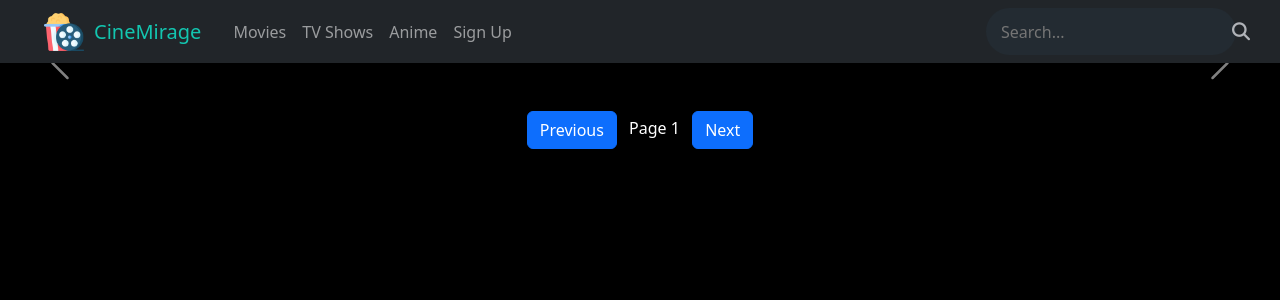
Repository: Malik1307/DEPI-Movie-Site-Demo-
Page: screens/index.html
An editor plug-in stored every save of this project. The page is shown before and after a run of saves, followed by the edit.
The browser window is 1280 px wide. The pictures show the whole page.
The page's requests for data from a server got no answer.

Above is the page before, as saved 2025-02-28 11:48:40.
Console error: SyntaxError: Identifier 'API_KEY' has already been declared

### screens/index.html
<!DOCTYPE html>
<html lang="en">
  <head>
    <meta charset="UTF-8" />
    <meta name="viewport" content="width=device-width, initial-scale=1.0" />
    <title>🍿 CineMirage</title>
    <link
      href="https://cdn.jsdelivr.net/npm/bootstrap@5.3.0/dist/css/bootstrap.min.css"
      rel="stylesheet"
    />
    <!-- <script
      src="https://kit.fontawesome.com/YOUR-FONT-AWESOME-CODE.js"
      crossorigin="anonymous"
    ></script> -->
    <link
      rel="stylesheet"
      href="https://cdnjs.cloudflare.com/ajax/libs/font-awesome/6.5.1/css/all.min.css"
    />

    <link rel="stylesheet" href="../css/responsive.css" />
    <link rel="stylesheet" href="../css/styles.css" />
    <link rel="stylesheet" href="../css/home.css" />
  </head>
  <body>
    <nav class="navbar navbar-expand-lg navbar-dark bg-dark">
      <div class="container">
        <a href="index.html">
          <div class="logo">
            <img
              src="../assets/images/movie-logo.png"
              class="logo_icon"
              alt=""
            />
            <h1 class="navbar-brand">CineMirage</h1>
          </div>
        </a>
        <button
          class="navbar-toggler"
          type="button"
          data-bs-toggle="collapse"
          data-bs-target="#navbarNav"
        >
          <span class="navbar-toggler-icon"></span>
        </button>
        <div class="collapse navbar-collapse me-auto ms-4" id="navbarNav">
          <ul class="navbar-nav me-auto">
            <li class="nav-item">
              <a class="nav-link" href="./browse-category.html?category=movie"
                >Movies</a
              >
            </li>
            <li class="nav-item">
              <a class="nav-link" href="./browse-category.html?category=tv"
                >TV Shows</a
              >
            </li>
            <li class="nav-item">
              <a class="nav-link" href="./browse-category.html?category=anime"
                >Anime</a
              >
            </li>
            <li class="nav-item">
              <a
                class="nav-link"
                id="sign-up"
                href="./register.html"
                >Sign Up</a
              >
            </li>  <li class="nav-item">
              <a
                class="nav-link"
                id="log-out"
                href="./index.html"
                >Logout </a
              >
            </li>
          </ul>
          <form
            id="search-form"
            class="search-form"
            action="search-results.html"
            method="get"
          >
            <div class="search-box">
              <input
                type="text"
                id="search-input"
                name="query"
                class="search-input"
                placeholder="Search..."
              />
              <button type="submit" class="search-button">
                <i class="fas fa-search"></i>
              </button>
            </div>
          </form>
        </div>
      </div>
    </nav>

    <div
      id="carouselExampleFade"
      class="carousel slide carousel-fade container"
      data-bs-ride="carousel"
    >
      <div class="carousel-indicators"></div>
      <div class="carousel-inner"></div>
      <button
        class="carousel-control-prev"
        type="button"
        data-bs-target="#carouselExampleFade"
        data-bs-slide="prev"
      >
        <span class="carousel-control-prev-icon ms-2" aria-hidden="true"></span>
        <span class="visually-hidden">Previous</span>
      </button>
      <button
        class="carousel-control-next"
        type="button"
        data-bs-target="#carouselExampleFade"
        data-bs-slide="next"
      >
        <span class="carousel-control-next-icon me-2" aria-hidden="true"></span>
        <span class="visually-hidden">Next</span>
      </button>
    </div>

    <!-- Movie Cards -->
    <div class="container py-3">
      <div class="row movies-grid g-1"></div>
    </div>
    <!-- ------------------- -->
    <div class="pagination-buttons text-center my-3 container">
      <button id="prevPage" class="btn btn-primary">Previous</button>
      <span class="mx-2" id="pageNumber" style="color: white">Page 1</span>
      <button id="nextPage" class="btn btn-primary">Next</button>
    </div>

    <script src="https://cdn.jsdelivr.net/npm/bootstrap@5.3.0/dist/js/bootstrap.bundle.min.js"></script>
    <script type="" src="../js/main.js"></script>
    <script src="../js/search.js"></script>
  </body>
</html>

### css/responsive.css

@media (max-width: 768px) {
  .movie-title {
    font-size: 2rem;
  }

  .movie-poster {
    width: 100%;
  }

  .cast-grid {
    grid-template-columns: repeat(2, 1fr);
  }
}
@media (max-width: 992px) {
}
@media (min-width: 300px) {
  .container {
    width: 95%;
  }
}
/* small */
@media (min-width: 576px) {
  .container {
    width: 95%;
  }
}

@media (min-width: 768px) {
  .container {
    width: 95%;
  }
}


@media (max-width:991px)  {
  .movie_container{
padding: 0 5px;

  }
}
@media (min-width: 992px) {
  .container {
    width: 95%;
  }
  .movies_grid{


    gap: 10px;

  }



}
@media (min-width: 1200px) {
  .container {
    max-width:  95%;
  }
}
@media (max-width: 768px) {
  .actorProfile {
    flex-direction: column-reverse;
  }

  .actorFilms, .aboutActor {
    width: 100%;
  }

  .aboutActor {
    margin-bottom: 30px;
    display: flex;
    align-items: center;
  }

  .aboutActor img {
    width: 150px;
    height: auto;
    margin-right: 20px;
  }
}

### css/styles.css
:root {
  --main-color: #13c6b0;
  --primary-color: #141414;
  --secondary-color: #1f1f1f;
  --text-color: #ffffff;
  --accent-color: #4caf50;
  --rating-color: #ffc107;
}

* {
  margin: 0;
  padding: 0;
  box-sizing: border-box;
}

a {
  padding: 0;
  text-decoration: none;
}

body {
  background-color: black;
}

.navbar {
  position: sticky;
  top: 0;
  z-index: 99;
}

.search-form {
  display: flex;
  justify-content: center;
  align-items: center;
}

.search-box {
  display: flex;
  align-items: center;
  background: #232b32;
  border-radius: 25px;
  padding: 10px 15px;
  width: 250px;
}

.search-input {
  border: none;
  background: transparent;
  outline: none;
  color: #fff;
  flex: 1;
}

.search-button {
  background: none;
  border: none;
  color: #b0b3b8;
  cursor: pointer;
  font-size: 18px;
}

.search-button:hover {
  color: #fff;
}

.logo {
  display: flex;
  justify-content: center;
}

.logo .logo_icon {
  margin-right: 10px;
  width: 40px;
  height: 40px;
}

.logo h1 {
  color: var(--main-color);
  margin: auto 0;
}

.movie-container {
  margin-bottom: 20px;
  position: relative;
}

.movie-card {
  width: 100%;
  position: relative;
  border-radius: 10px;
  overflow: hidden;
  transition: transform 0.3s ease-in-out;
}

.movie-card:hover {
  transform: scale(1.05);
}

.movie-card img {
  width: 100%;
  border-radius: 10px;
}

.top-badge {
  position: absolute;
  top: 8px;
  right: 8px;
  background-color: var(--main-color);
  color: white;
  font-size: 12px;
  font-weight: bold;
  padding: 4px 8px;
  border-radius: 5px;
}

.movie-card + .movie-title {
  margin: 0 0 20px 0;
  text-align: center;
  font-size: 18px;
  font-weight: bold;
  color: gray;
  transition: margin 0.3s ease-in-out;
}

.movie-card:hover + .movie-title {
  color: white;
  margin-top: 15px;
  margin-bottom: 5px;
}

.image-container {
  position: relative;
  display: inline-block;
  width: 100%;
  border-radius: 8px;
}

.image-container img {
  width: 100%;
  display: block;
  border-radius: 8px;
}

.image-container .overlay {
  position: absolute;
  bottom: 0;
  left: 0;
  width: 100%;
  height: 40px;
  background: linear-gradient(to top, rgba(0, 0, 0, 0.7), transparent);
  border-radius: 8px;
}

.rating {
  position: absolute;
  bottom: 10px;
  left: 10px;
  font-size: 12px;
  font-weight: bold;
  z-index: 2;
  color: whitesmoke;
}

.rating i {
  font-size: 8px;
  color: whitesmoke;
}

.movie-card-link {
  position: relative;
  display: block;
  text-decoration: none;
}

.movie-detail {
  position: absolute;
  top: 0;
  left: 0;
  width: 100%;
  background-color: rgba(15, 15, 15, 0.95);
  border-radius: 8px;
  box-shadow: 0 4px 12px rgba(0, 0, 0, 0.5);
  z-index: 10;
  opacity: 0;
  visibility: hidden;
  transition: opacity 0.3s ease;
}

.movie-card-link:hover .movie-detail,
.movie-container:hover .movie-detail {
  opacity: 1;
  visibility: visible;
}

.detail-backdrop {
  position: relative;
  height: 150px;
  border-top-left-radius: 8px;
  border-top-right-radius: 8px;
  overflow: hidden;
}

.detail-backdrop img {
  width: 100%;
  height: 100%;
  object-fit: cover;
  object-position: center 25%;
  transition: 0.3s ease-in-out;
}

.detail-title {
  position: absolute;
  bottom: 0;
  left: 0;
  right: 0;
  padding: 10px;
  background: linear-gradient(transparent, rgba(0, 0, 0, 0.8));
  color: white;
  font-weight: bold;
  font-size: 14px;
}

.detail-info {
  padding: 10px;
}

.detail-meta {
  display: flex;
  justify-content: space-between;
  margin-bottom: 8px;
}

.detail-rating {
  color: var(--rating-color);
  font-weight: bold;
}

.detail-year-time {
  color: #aaa;
  font-size: 12px;
}

.detail-tags {
  display: flex;
  flex-wrap: wrap;
  gap: 5px;
  margin-bottom: 8px;
}

.tag {
  background-color: #333;
  padding: 2px 8px;
  border-radius: 4px;
  font-size: 11px;
  color: #fff;
}

.detail-description {
  font-size: 12px;
  color: #ddd;
  margin-bottom: 8px;
  display: -webkit-box;
  -webkit-line-clamp: 3;
  -webkit-box-orient: vertical;
  overflow: hidden;
}

### css/home.css
/* carousel  */
:root {
  --main-color: #13c6b0;
}
body {
  background-color: black;
}
.logo {
  display: flex;
  justify-content: center;
}
.logo .logo_icon {
  margin-right: 10px;
  width: 40px;
  height: 40px;
}
.logo h1 {
  color: var(--main-color);
  margin: auto 0;
}
.carousel {
  position: relative;
}

.carousel-item {
  position: relative;
  /* margin-top: 50px; */
  height: 600px; /* Adjust height as needed */
}

.carousel-item img {

  object-fit: cover;
  height: 100%;
  width: 100%;
  filter: brightness(60%); /* Dark overlay effect */
}

.carousel-indicators{
   position: absolute;
   left: 1000px;

}

.carousel-caption {
  text-align: left;
  left: 50px;
  right: auto;
  bottom: 28%;
  width: 40%;
  padding-left: 20px; /* Add some spacing */
}
.carousel-caption .info{
  display: flex;
  justify-content: space-between;
  width: 27%;
}

.infocap{
  border-right: 2px solid rgba(204, 204, 204, 0.5); /* 50% opacity */
    padding-right: 8px;
    height: 20px; /* Adjust height */
    line-height: 20px; /* Align with text */
    font-weight: bold;
    margin: 0 4px;
}

.genres{
  display: flex;
  width: 50%;
}

.gcontent {
  margin-right: 10px;
  margin-top: 20px;
  font-size: 15px;
  font-weight: bold;
  color: white; /* Change text color for visibility */
  width: auto;
  justify-content: center;
  text-align: center;
}

/* Custom Text Styling */
.carousel-caption h1 {
  font-size: 2.5rem;
  font-weight: bold;
  text-transform: uppercase;
}

.carousel-caption p {
  font-size: 1.2rem;
  margin-top: 10px;
  font-weight: bold;
}
.buttons{
  display: flex;
  margin-top: 15px;
  justify-content: space-between;
  width: 25%;
}
.playbutton{

  font-size: 50px;
  background-color: white;
  border-radius: 150%;
   height: 47px;
  cursor: pointer;
  transition: transform 0.3s ease, background-color 0.3s ease; /* Transition properties */
}
 .playbutton:hover{
  transform: scale(1.1); /* Scale the button on hover */
  opacity: 0.9;
 }

 .watchlater{

  font-size: 50px;
   height: 53px;
  cursor: pointer;
  transition: transform 0.3s ease, background-color 0.3s ease; /* Transition properties */
 }
 .watchlater:hover{
  transform: scale(1.1); /* Scale the button on hover */
  opacity: 0.9;
 }
/* Move previous button closer to the left edge */
.carousel-control-prev {
  left: 0 !important; /* Align to the left edge */
}

/* Move next button closer to the right edge */
.carousel-control-next {
  right: 0 !important; /* Align to the right edge */
}

/* Make sure icons are positioned correctly */
.carousel-control-prev-icon,
.carousel-control-next-icon {
  width: 40px !important; /* Adjust the button size */
  height: 40px !important;
  background-size: contain !important; /* Ensure the icon doesn't stretch */
  background-repeat: no-repeat !important;
  pointer-events: auto; /* Enable clicking only on the icon */

}
.carousel-control-prev,
.carousel-control-next {
  width: auto !important; /* Remove unnecessary width */
  height: auto !important; /* Remove unnecessary height */
  pointer-events: none; /* Disable clicking on full area */
}
.infocap, .rate-icon , .playbutton{

}
/* ---------------------- */
.movie-container {
}
.movie-card {
  width: 100%;
  position: relative;
  border-radius: 10px;
  overflow: hidden;
  transition: transform 0.3s ease-in-out;
}

.movie-card:hover {
  transform: scale(1.05);


}

.movie-card img {
  width: 100%;
  border-radius: 10px;
}

.top-badge {
  position: absolute;
  top: 8px;
  right: 8px;
  background-color: var(--main-color);
  color: white;
  font-size: 12px;
  font-weight: bold;
  padding: 4px 8px;
  border-radius: 5px;
}

.movie-title {
  margin: 0 0 20px 0;
  text-align: center;
  font-size: 18px;
  font-weight: bold;
  color: gray;
}
.movie-card:hover + .movie-title {
  color: white;
  margin-top: 15px ;
  margin-bottom: 5px;
  transition: margin 0.3s ease-in-out;

}


.image-container {
  position: relative;
  display: inline-block;
  width: 100%;
  border-radius: 8px;
}

.image-container img {
  width: 100%;
  display: block;
  border-radius: 8px;
}

/* الظل المتدرج على الصورة */
.image-container .overlay {
  position: absolute;
  bottom: 0;
  left: 0;
  width: 100%;
  height: 40px; /* التحكم في ارتفاع الظل */
  background: linear-gradient(to top, rgba(0, 0, 0, 0.7), transparent);
  border-radius: 8px;
}

.rating {
  position: absolute;
  bottom: 10px;
  left: 10px;
  font-size: 12px;
  font-weight: bold;
  z-index: 2;
  color: whitesmoke;
}

.rating i {
  font-size: 8px;
  color: whitesmoke;
}

### js/search.js
const API_KEY = "4464a9cd6c3e0ee26ee5e6a893515421";
const BASE_URL = "https://api.themoviedb.org/3";
const IMAGE_URL = "https://image.tmdb.org/t/p/w440_and_h660_face";

// DOM elements
const searchForm = document.getElementById('search-form');
const searchInput = document.getElementById('search-input');

// Check if we're on the search results page
const isSearchResultsPage = window.location.pathname.includes('search-results.html');

// Only initialize these elements if on the search results page
let searchQueryDisplay, loadingIndicator;
let moviesSection, showsSection, peopleSection;
let moviesResults, showsResults, peopleResults;

if (isSearchResultsPage) {
  searchQueryDisplay = document.getElementById('search-query-display');
  loadingIndicator = document.getElementById('loading-indicator');

  // Section containers
  moviesSection = document.getElementById('movies-section');
  showsSection = document.getElementById('shows-section');
  peopleSection = document.getElementById('people-section');

  // Results containers
  moviesResults = document.getElementById('movies-results');
  showsResults = document.getElementById('shows-results');
  peopleResults = document.getElementById('people-results');
}

// Check for search query parameter on page load
window.addEventListener('DOMContentLoaded', () => {
  console.log("DOM fully loaded");

  // Only process search parameters if on the search page
  if (isSearchResultsPage) {
    console.log("On search results page");
    const urlParams = new URLSearchParams(window.location.search);
    const query = urlParams.get('query');

    if (query) {
      console.log("Query found:", query);
      searchInput.value = query;
      searchQueryDisplay.textContent = `Search "${query}"`;
      performSearch(query);
    }
  }

  // Always attach search form event listener if the form exists
  if (searchForm) {
    console.log("Search form found, attaching event listener");

    searchForm.addEventListener('submit', function(e) {
      e.preventDefault();
      console.log("Search form submitted");

      const searchQuery = searchInput.value.trim();

      if (searchQuery.length > 0) {
        console.log("Search query:", searchQuery);

        // Simplified path handling
        const searchResultsUrl = `/pages/search-results.html?query=${encodeURIComponent(searchQuery)}`;

        console.log("Redirecting to:", searchResultsUrl);

        // Use window.location.href for navigation
        window.location.href = searchResultsUrl;
      }
    });
  } else {
    console.error("Search form not found on page!");
  }
});

// Perform TMDB API multi-search
function performSearch(query) {
  // Only run on search results page
  if (!isSearchResultsPage) return;

  console.log("Performing search for:", query);

  // Show loading indicator
  loadingIndicator.style.display = 'block';

  // Hide previous results
  moviesSection.style.display = 'none';
  showsSection.style.display = 'none';
  peopleSection.style.display = 'none';

  // Clear previous results
  moviesResults.innerHTML = '';
  showsResults.innerHTML = '';
  peopleResults.innerHTML = '';

  // API request
  fetch(`${BASE_URL}/search/multi?api_key=${API_KEY}&query=${encodeURIComponent(query)}&include_adult=false`)
    .then(response => {
      if (!response.ok) {
        throw new Error(`Network response error: ${response.status}`);
      }
      return response.json();
    })
    .then(data => {
      console.log("Search results received:", data.results.length);
      // Process and display results
      displaySearchResults(data.results);
    })
    .catch(error => {
      console.error('Error fetching search results:', error);

      // Display error message
      moviesResults.innerHTML = '<div class="no-results">Error fetching results. Please try again later.</div>';
      moviesSection.style.display = 'block';
    })
    .finally(() => {
      // Hide loading indicator
      loadingIndicator.style.display = 'none';
    });
}

// Display search results categorized by type
function displaySearchResults(results) {
  // Filter results by media type
  const movies = results.filter(item => item.media_type === 'movie');
  const shows = results.filter(item => item.media_type === 'tv');
  const people = results.filter(item => item.media_type === 'person');

  console.log(`Found: ${movies.length} movies, ${shows.length} shows, ${people.length} people`);

  // Display movies if any
  if (movies.length > 0) {
    movies.forEach(movie => {
      moviesResults.appendChild(createMovieOrShowItem(movie, 'movie'));
    });
    moviesSection.style.display = 'block';
  }

  // Display TV shows if any
  if (shows.length > 0) {
    shows.forEach(show => {
      showsResults.appendChild(createMovieOrShowItem(show, 'tv'));
    });
    showsSection.style.display = 'block';
  }

  // Display people if any
  if (people.length > 0) {
    people.forEach(person => {
      peopleResults.appendChild(createPersonItem(person));
    });
    peopleSection.style.display = 'block';
  }

  // Display "no results" message if nothing was found
  if (movies.length === 0 && shows.length === 0 && people.length === 0) {
    moviesResults.innerHTML = '<div class="no-results">No results found. Try a different search term.</div>';
    moviesSection.style.display = 'block';
  }
}

// Create HTML for movie or TV show result
function createMovieOrShowItem(item, type) {
  const resultItem = document.createElement('div');
  resultItem.className = 'result-item';

  const imageUrl = item.poster_path
    ? `${IMAGE_URL}${item.poster_path}`
    : '/assets/images/no-poster.png'; // Updated to absolute path

  const year = type === 'movie'
    ? (item.release_date ? item.release_date.substring(0, 4) : 'N/A')
    : (item.first_air_date ? item.first_air_date.substring(0, 4) : 'N/A');

  resultItem.innerHTML = `
    <div class="search-image-container">
      <img src="${imageUrl}" alt="${item.title || item.name}" class="result-image" onerror="this.src='/assets/images/no-poster.png'">
    </div>
    <div class="result-details">
      <h4>${item.title || item.name}</h4>
      <p>${type === 'movie' ? 'Movie' : 'TV Show'} • ${year}</p>
      <p>${item.overview ? item.overview.substring(0, 100) + '...' : 'No description available'}</p>
    </div>
  `;

  // Make item clickable
  resultItem.style.cursor = 'pointer';
  resultItem.addEventListener('click', () => {
    window.location.href = `/pages/${type}-details.html?id=${item.id}`; // Updated to absolute path
  });

  return resultItem;
}

// Create HTML for person result
function createPersonItem(person) {
  const resultItem = document.createElement('div');
  resultItem.className = 'result-item';

  const imageUrl = person.profile_path
    ? `${IMAGE_URL}${person.profile_path}`
    : '/assets/images/no-profile.png'; // Updated to absolute path

  resultItem.innerHTML = `
    <div class="search-image-container">
      <img src="${imageUrl}" alt="${person.name}" class="people-image" onerror="this.src='/assets/images/no-profile.png'">
    </div>
    <div class="result-details">
      <h4>${person.name}</h4>
      <p>Known for: ${person.known_for_department || 'Acting'}</p>
      <p>
        ${person.known_for ?
          person.known_for.map(item => item.title || item.name).slice(0, 2).join(', ') :
          'No known works'}
      </p>
    </div>
  `;

  // Make item clickable
  resultItem.style.cursor = 'pointer';
  resultItem.addEventListener('click', () => {
    window.location.href = `/pages/person-details.html?id=${person.id}`; // Updated to absolute path
  });

  return resultItem;
}

Loaded but not shown: js/main.js (291 lines, source omitted)

After the next 4 saves:
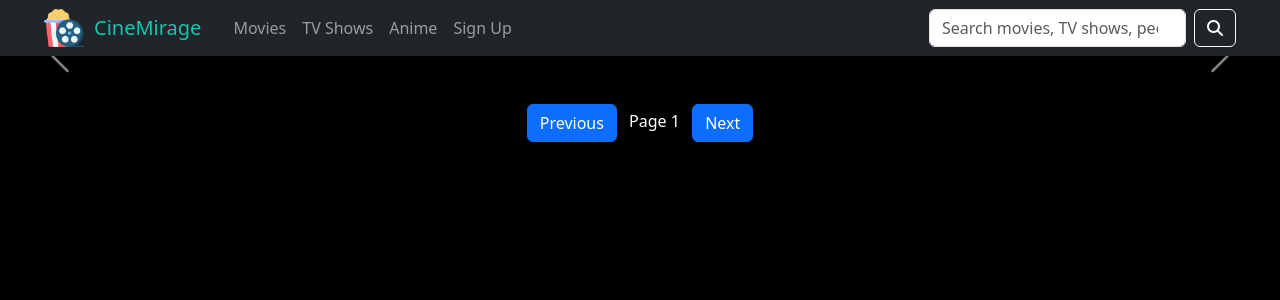
The 4 saves are shown as one change because they came seconds apart.
The last was saved 11 s later.
--- a/screens/index.html
+++ b/screens/index.html
@@ -60,39 +60,30 @@
               >
             </li>
             <li class="nav-item">
-              <a
-                class="nav-link"
-                id="sign-up"
-                href="./register.html"
+              <a class="nav-link" id="sign-up" href="./register.html"
                 >Sign Up</a
               >
-            </li>  <li class="nav-item">
-              <a
-                class="nav-link"
-                id="log-out"
-                href="./index.html"
-                >Logout </a
-              >
+            </li>
+            <li class="nav-item">
+              <a class="nav-link" id="log-out" href="./index.html">Logout </a>
             </li>
           </ul>
           <form
             id="search-form"
-            class="search-form"
+            class="d-flex ms-auto"
             action="search-results.html"
             method="get"
           >
-            <div class="search-box">
-              <input
-                type="text"
-                id="search-input"
-                name="query"
-                class="search-input"
-                placeholder="Search..."
-              />
-              <button type="submit" class="search-button">
-                <i class="fas fa-search"></i>
-              </button>
-            </div>
+            <input
+              id="search-input"
+              class="form-control me-2"
+              type="search"
+              placeholder="Search movies, TV shows, people..."
+              aria-label="Search"
+            />
+            <button class="btn btn-outline-light" type="submit">
+              <i class="fas fa-search"></i>
+            </button>
           </form>
         </div>
       </div>

After the 2 saves that followed:
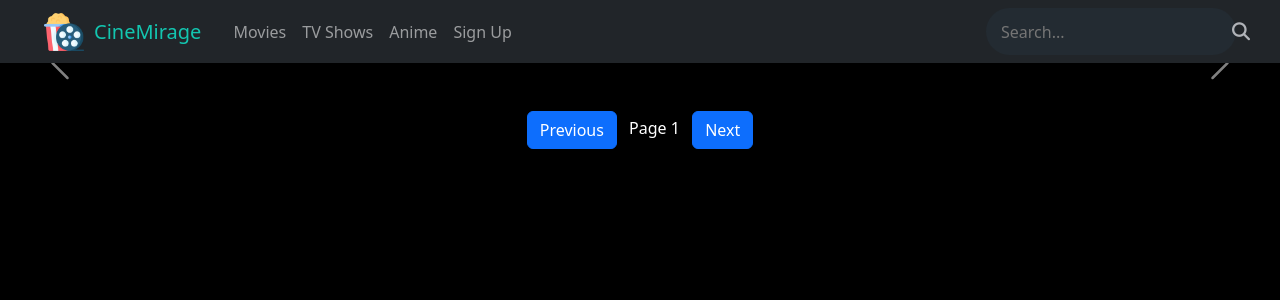
The 2 saves are shown as one change because they came seconds apart.
The last was saved 25 s later.
--- a/screens/index.html
+++ b/screens/index.html
@@ -60,30 +60,39 @@
               >
             </li>
             <li class="nav-item">
-              <a class="nav-link" id="sign-up" href="./register.html"
+              <a
+                class="nav-link"
+                id="sign-up"
+                href="./register.html"
                 >Sign Up</a
               >
-            </li>
-            <li class="nav-item">
-              <a class="nav-link" id="log-out" href="./index.html">Logout </a>
+            </li>  <li class="nav-item">
+              <a
+                class="nav-link"
+                id="log-out"
+                href="./index.html"
+                >Logout </a
+              >
             </li>
           </ul>
           <form
             id="search-form"
-            class="d-flex ms-auto"
+            class="search-form"
             action="search-results.html"
             method="get"
           >
-            <input
-              id="search-input"
-              class="form-control me-2"
-              type="search"
-              placeholder="Search movies, TV shows, people..."
-              aria-label="Search"
-            />
-            <button class="btn btn-outline-light" type="submit">
-              <i class="fas fa-search"></i>
-            </button>
+            <div class="search-box">
+              <input
+                type="text"
+                id="search-input"
+                name="query"
+                class="search-input"
+                placeholder="Search..."
+              />
+              <button type="submit" class="search-button">
+                <i class="fas fa-search"></i>
+              </button>
+            </div>
           </form>
         </div>
       </div>
